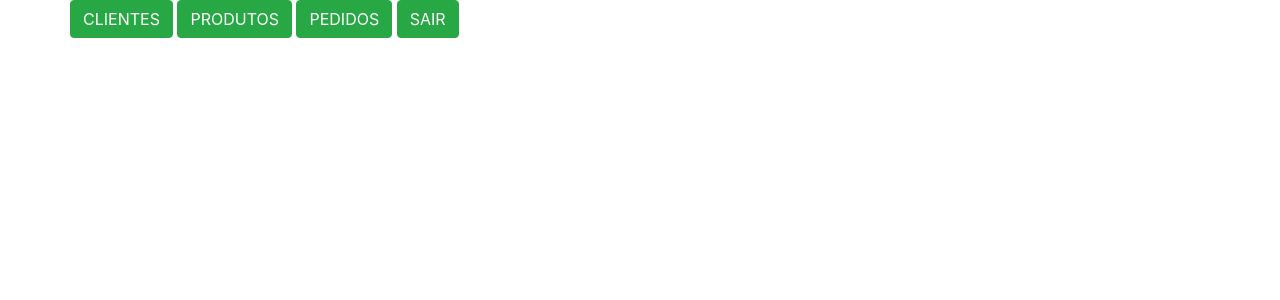
Repository: adrielwerlich/aulas_webdev_sistemasdeinfo
Page: http://localhost/
An editor plug-in stored every save of this project. The page is shown before and after the next save, followed by the edit.
The browser window is 1280 px wide. The pictures show the whole page.
The page is run by PHP 8.4 with error messages shown; the project is at /var/www/html/.

Above is the page before, as saved 2019-03-15 19:54:18.

### index.php
<html lang="en">
<head>
 <meta charset="UTF-8">
 <meta name="viewport" content="width=device-width, initial-scale=1.0">
 <meta http-equiv="X-UA-Compatible" content="ie=edge">
 <link rel="stylesheet" href="https://stackpath.bootstrapcdn.com/bootstrap/4.3.1/css/bootstrap.min.css" integrity="sha384-ggOyR0iXCbMQv3Xipma34MD+dH/1fQ784/j6cY/iJTQUOhcWr7x9JvoRxT2MZw1T" crossorigin="anonymous">
 <title>Document</title>
</head>
<body>

 <div id="header">
 <div class="container">
 <div class="row">
 <form action="#" method="post">
  <button class="btn btn-success" name="clientes" type="submit">CLIENTES</button>
  <button class="btn btn-success" name="produtos" type="submit">PRODUTOS</button>
  <button class="btn btn-success" name="pedidos" type="submit">PEDIDOS</button>
  <button class="btn btn-success" name="sair" type="submit">SAIR</button>
 </form>
 </div>
 </div>
 </div>

 <div id="middle-content">
 </div>

 <div id="footer">
 </div>
 <script src="https://code.jquery.com/jquery-3.3.1.slim.min.js" integrity="sha384-q8i/X+965DzO0rT7abK41JStQIAqVgRVzpbzo5smXKp4YfRvH+8abtTE1Pi6jizo" crossorigin="anonymous"></script>
<script src="https://cdnjs.cloudflare.com/ajax/libs/popper.js/1.14.7/umd/popper.min.js" integrity="sha384-UO2eT0CpHqdSJQ6hJty5KVphtPhzWj9WO1clHTMGa3JDZwrnQq4sF86dIHNDz0W1" crossorigin="anonymous"></script>
<script src="https://stackpath.bootstrapcdn.com/bootstrap/4.3.1/js/bootstrap.min.js" integrity="sha384-JjSmVgyd0p3pXB1rRibZUAYoIIy6OrQ6VrjIEaFf/nJGzIxFDsf4x0xIM+B07jRM" crossorigin="anonymous"></script>
</body>
</html>

After the next save:
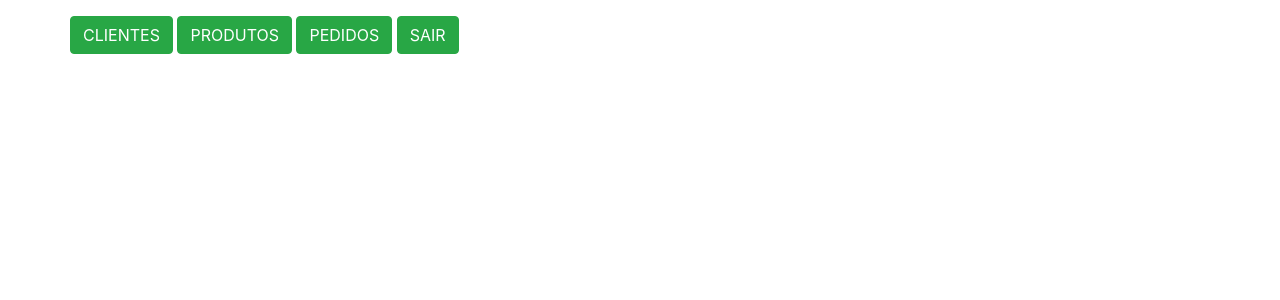
Saved 14 s later.
--- a/index.php
+++ b/index.php
@@ -11,7 +11,7 @@
  <div id="header">
  <div class="container">
  <div class="row">
- <form action="#" method="post">
+ <form action="#" method="post" class="mt-3">
   <button class="btn btn-success" name="clientes" type="submit">CLIENTES</button>
   <button class="btn btn-success" name="produtos" type="submit">PRODUTOS</button>
   <button class="btn btn-success" name="pedidos" type="submit">PEDIDOS</button>
